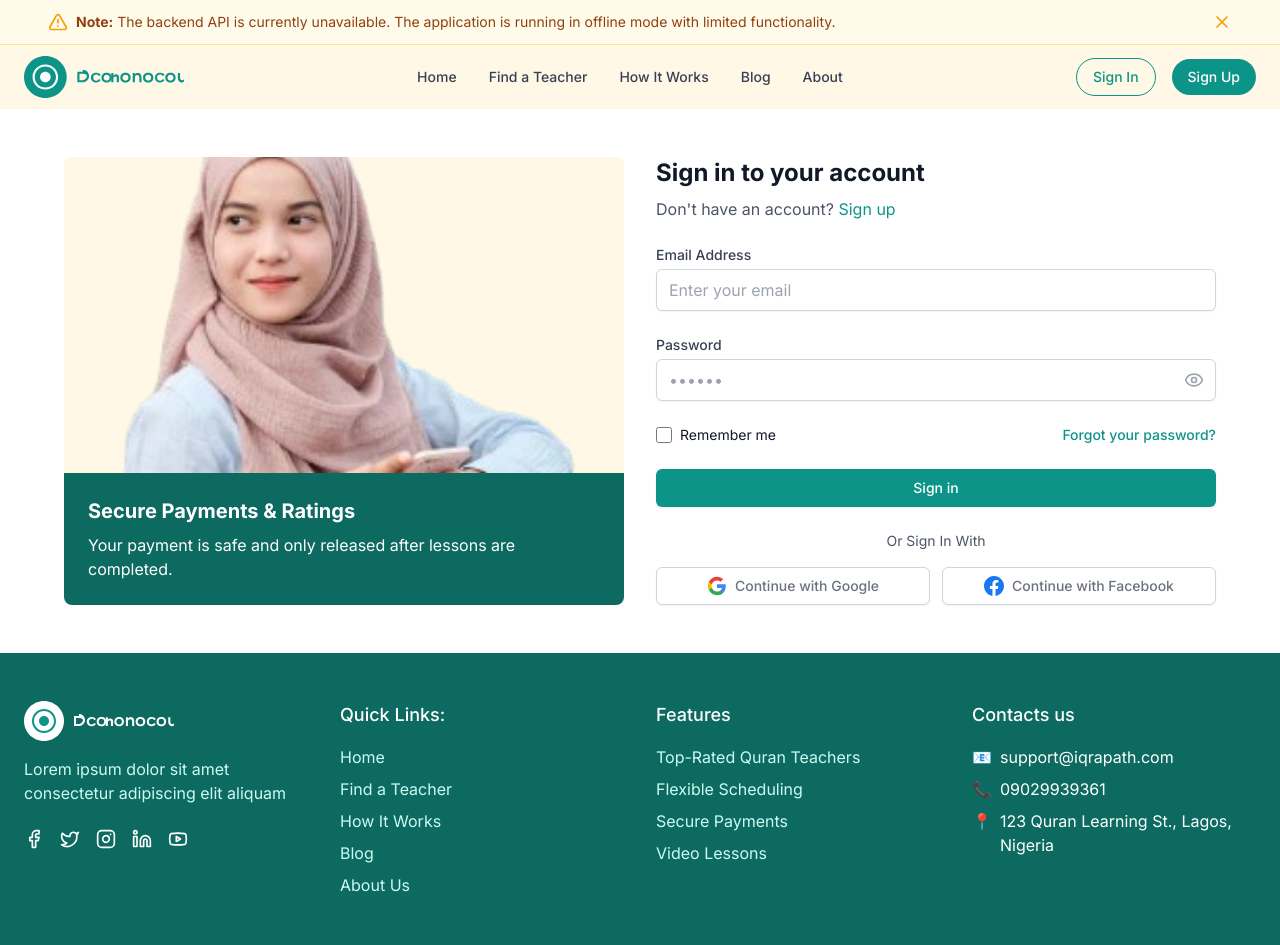
Repository: tafolabi009/originalq
Page: /auth/login
The author's editor kept a copy of each file at every save. The page is drawn from the files as they stood at one save, then again after a run of saves.
The browser window is 1280 px wide. The pictures show the whole page.
The page's requests for data from a server got no answer. The project was rebuilt for these pictures with package versions that can differ from the ones it lists, and the page was loaded fresh each time. The framework's server and built-in components were replaced by stand-ins that run in the browser. No one was signed in, and anything a server would have sent is missing. Also part of the build but not shown: next.config.mjs.

Above is the page before, as saved 2025-03-28 20:43:25.

After the next 6 saves:
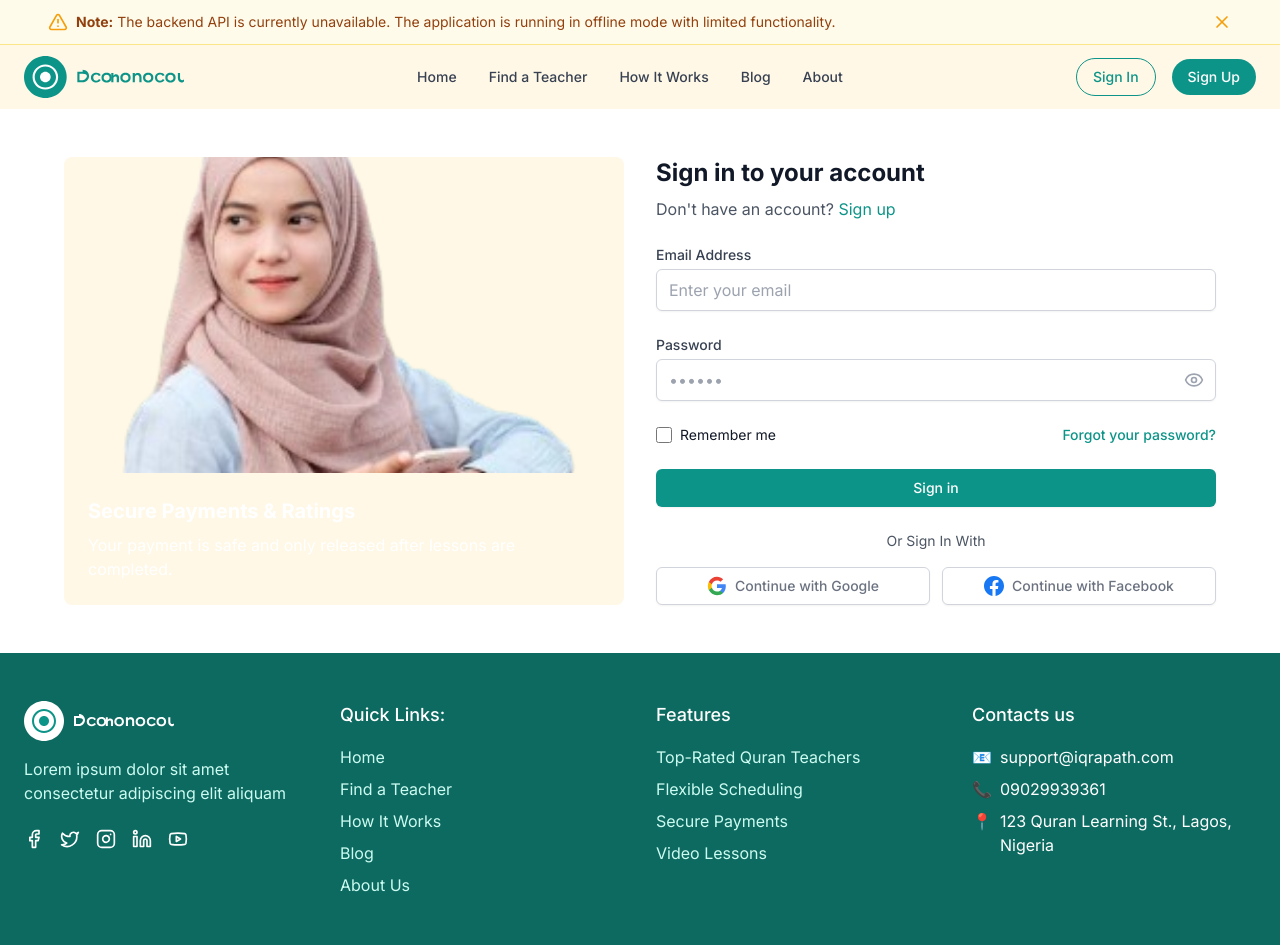
The 6 saves are shown as one change because they came seconds apart.
The last was saved 15 s later.
--- a/app/auth/login/page.tsx
+++ b/app/auth/login/page.tsx
@@ -80,7 +80,7 @@ export default function LoginPage() {
                       className="object-cover"
                     />
                   </div>
-                  <div className="p-6 bg-[#0D6A61] text-white">
+                  <div className="p-6 bg-[transparant] text-white">
                     <h3 className="text-xl font-bold mb-2">Secure Payments & Ratings</h3>
                     <p>Your payment is safe and only released after lessons are completed.</p>
                   </div>
